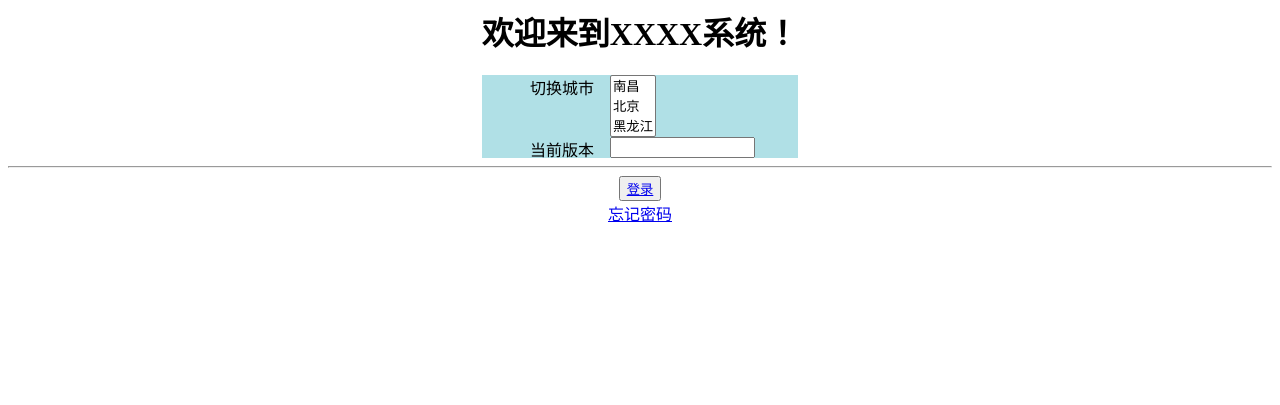
Repository: never-404/Intelligent-recommendation-system
Page: http://localhost/Intelligent-recommendation-system/mine.jsp
An editor plug-in stored every save of this project. The page is shown before and after the next save, followed by the edit.
The browser window is 1280 px wide. The pictures show the whole page.
The page is served by Tomcat 9. Nobody is signed in. The application's start-up code is not run. Other server files are loaded and not shown.

Above is the page before, as saved 2019-04-12 09:57:03.

### Intelligent-recommendation-system/WebRoot/mine.jsp
<%@ page language="java" contentType= "text/html;charset=gb2312" %>
<html>

	<head>
		<title>登录页面</title>
	    <meta charset="utf-8">

		<style type="text/css">
		.title
		{
			margin:auto;
			width:25%;
			background-color:#b0e0e6;
		}
		.table
		{
			margin:auto;
			width:25%;
			background-color:#b0e0e6;
		}
		lable { float: left; width: 7em; margin-right:1em; text-align: right; }
		h1	  {text-align: center}

        .a{
            text-align:center;
            vertical-align:middle;
        }
        img{max-width: 100%; height:auto;}

</style>
	</head>

	<body>

	<h1>欢迎来到XXXX系统！</h1>
    <div class="table">
    	<lable>切换城市</lable>
    	<select size="3">
    		<option>南昌</option>
    		<option>北京</option>
    		<option>黑龙江</option>
    	</select>

        <br>
        <lable>当前版本</lable><input type="password" name="passport" size="15" maxlength="10">
        <br>
    </div>
    <HR>
    <div class="a">
        <button id="denglu">
            <a href="mainpage.jsp">登录</a></button>
            <!-- 不同的登录界面链接到的页面也不同 -->
        <br>
            <a href="forget_pswd.jsp"> 忘记密码</a>
            <!--忘记密码跳转的网址-->
	</div>

	</body>


</html>

After the next save:
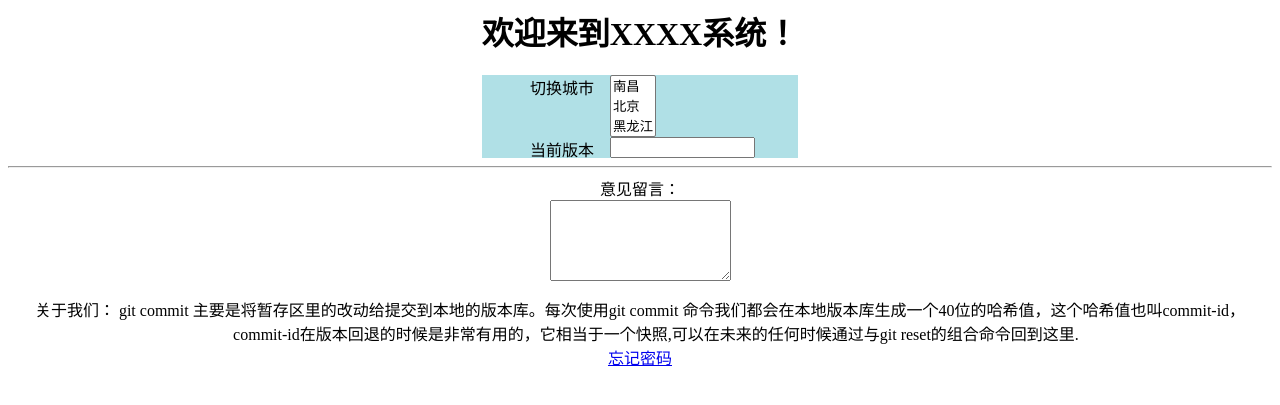
Saved 2 min 20 s later.
--- a/Intelligent-recommendation-system/WebRoot/mine.jsp
+++ b/Intelligent-recommendation-system/WebRoot/mine.jsp
@@ -40,16 +40,18 @@
     		<option>北京</option>
     		<option>黑龙江</option>
     	</select>
-
         <br>
         <lable>当前版本</lable><input type="password" name="passport" size="15" maxlength="10">
         <br>
     </div>
     <HR>
     <div class="a">
-        <button id="denglu">
-            <a href="mainpage.jsp">登录</a></button>
-            <!-- 不同的登录界面链接到的页面也不同 -->
+	<form>
+		意见留言：<br>
+		<textarea rows="5" cols="20"></textarea><br>
+	</form>
+	关于我们： git commit 主要是将暂存区里的改动给提交到本地的版本库。每次使用git commit 命令我们都会在本地版本库生成一个40位的哈希值，这个哈希值也叫commit-id，
+　　commit-id在版本回退的时候是非常有用的，它相当于一个快照,可以在未来的任何时候通过与git reset的组合命令回到这里.
         <br>
             <a href="forget_pswd.jsp"> 忘记密码</a>
             <!--忘记密码跳转的网址-->
